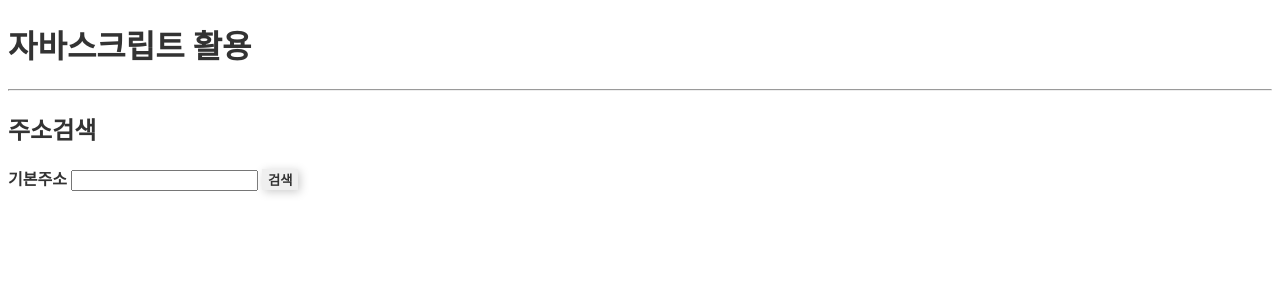
Repository: god5228god/Jsp
Page: WebApp03/WebContent/Test029.html
The author's editor kept a copy of each file at every save. The page is drawn from the files as they stood at one save, then again after the next save.
The browser window is 1280 px wide. The pictures show the whole page.

Above is the page before, as saved 2026-02-25 05:11:01.

### WebApp03/WebContent/Test029.html
<!DOCTYPE html>
<html>
<head>
<meta charset="UTF-8">
<title>Test029.html</title>
<style type="text/css">
	* {
		color: #333;  font-weight: bold;
	  }
	 input[type="text"]:focus{background-color: #eee;}
	.btn{border: none; box-shadow: 2px 2px 10px #ccc; }
	.btn:hover{color: #768194; background-color: #fff;
				border: 2px solid #768194; box-shadow: none;
				 cursor: pointer;}
	.btnAdd{width: 175px; height: 30px; background-color: #768194; color: #fff;}
	.txt{text-align: center;}
</style>
<script type="text/javascript">
	function searchAddr()
	{
		window.open("Test030.html", "test", "width=500, height=300");
	}
</script>
</head>
<body>
<div>
	<h1>자바스크립트 활용</h1>
	<hr />
</div>
<div>
	<h2>주소검색</h2>
	<form action="">
		기본주소
		<input type="text" id="addr1" readonly="readonly" class="txt" />
		<input type="button" class="btn" value="검색" onclick="searchAddr()" />
		<br><br>

	</form>
</div>
</body>
</html>

After the next save:
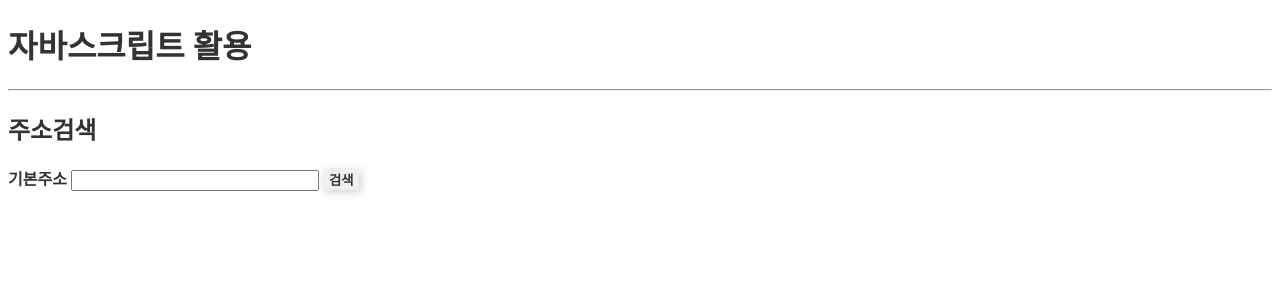
Saved 7 min 33 s later.
--- a/WebApp03/WebContent/Test029.html
+++ b/WebApp03/WebContent/Test029.html
@@ -13,7 +13,7 @@
 				border: 2px solid #768194; box-shadow: none;
 				 cursor: pointer;}
 	.btnAdd{width: 175px; height: 30px; background-color: #768194; color: #fff;}
-	.txt{text-align: center;}
+	.txt{text-align: center; width: 240px;}
 </style>
 <script type="text/javascript">
 	function searchAddr()
@@ -33,6 +33,8 @@
 		기본주소
 		<input type="text" id="addr1" readonly="readonly" class="txt" />
 		<input type="button" class="btn" value="검색" onclick="searchAddr()" />
+
+		<a href="#"></a>
 		<br><br>
 
 	</form>
